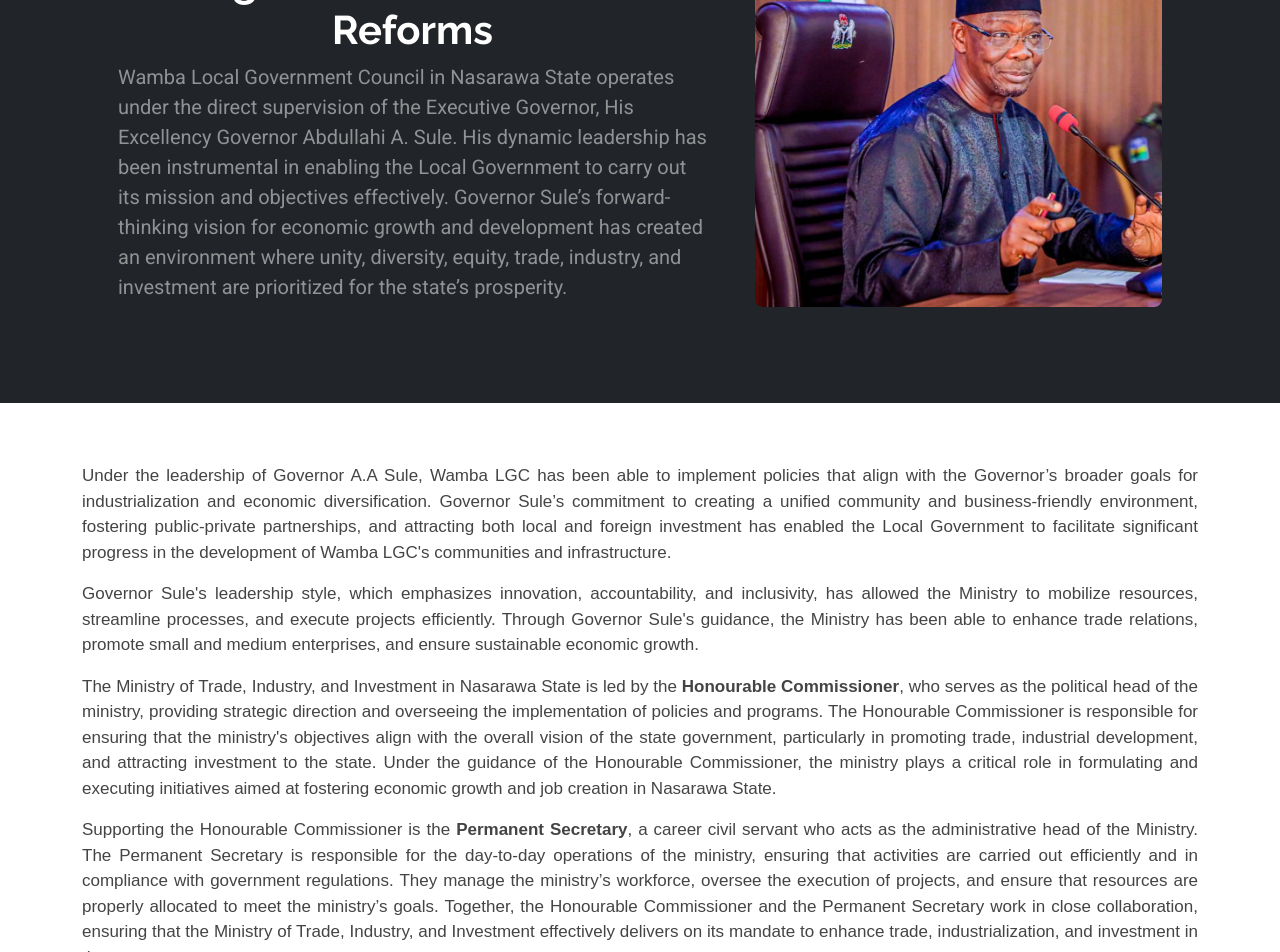
Repository: GlorifiedIntel/wamba-lgc
Page: leadership.html
These files come from the project's save history. The page is drawn as it stood at one moment and after the next save; the edit follows.
The browser window is 1280 px wide. The pictures show the part of the page from y = 295 to 1247 px (the page is 2260 px tall).
A picture or video elsewhere on the page could not be fetched, so the positions and the page height are approximate.

Above is the page before, as saved 2025-02-06 04:15:09.
Console error: TypeError: Cannot read properties of null (reading 'click')

### leadership.html
<!DOCTYPE html>
<html lang="en">

<head>
  <meta charset="utf-8">
  <meta http-equiv="X-UA-Compatible" content="IE=edge">
  <meta name="viewport" content="width=device-width, initial-scale=1.0">
  <meta name="format-detection" content="telephone=no">
  <meta name="apple-mobile-web-app-capable" content="yes">
  <meta name="author" content="Kevin Cross Minchakpu">
  <meta name="keywords" content="Wamba, Nasarawa, Industry, Trade, Investment, Entrepreneur">
  <meta name="description" content="Wamba Local Government Council is one of the administrative divisions within Nasarawa State, Nigeria. It is located in the northern part of the state and is predominantly inhabited by diverse ethnic groups, including Rindre, and other indigenous communities.Wamba Local Government Council is one of the administrative divisions within Nasarawa State, Nigeria. It is located in the northern part of the state and is predominantly inhabited by diverse ethnic groups, including Rindre, and other indigenous communities.">
  <title>Wamba Local Government Council</title>
  <!-- Favicons -->
  <link href="assets/img/favicon.png" rel="icon">
  <link href="assets/img/apple-touch-icon.png" rel="apple-touch-icon">

  <!-- Fonts -->
  <link href="https://fonts.googleapis.com" rel="preconnect">
  <link href="https://fonts.gstatic.com" rel="preconnect" crossorigin>
  <link href="https://fonts.googleapis.com/css2?family=Roboto:ital,wght@0,100;0,300;0,400;0,500;0,700;0,900;1,100;1,300;1,400;1,500;1,700;1,900&family=Poppins:ital,wght@0,100;0,200;0,300;0,400;0,500;0,600;0,700;0,800;0,900;1,100;1,200;1,300;1,400;1,500;1,600;1,700;1,800;1,900&family=Raleway:ital,wght@0,100;0,200;0,300;0,400;0,500;0,600;0,700;0,800;0,900;1,100;1,200;1,300;1,400;1,500;1,600;1,700;1,800;1,900&display=swap" rel="stylesheet">

  <!-- Vendor CSS Files -->
  <link href="assets/vendor/bootstrap/css/bootstrap.min.css" rel="stylesheet">
  <link href="assets/vendor/bootstrap-icons/bootstrap-icons.css" rel="stylesheet">
  <link href="assets/vendor/aos/aos.css" rel="stylesheet">
  <link href="assets/vendor/glightbox/css/glightbox.min.css" rel="stylesheet">
  <link href="assets/vendor/swiper/swiper-bundle.min.css" rel="stylesheet">

  <!-- Main CSS File -->
  <link href="assets/css/main.css" rel="stylesheet">
</head>

<body class="index-page">
  <header id="header" class="header d-flex align-items-center fixed-top bg-success">
    <div class="container-fluid container-xl position-relative d-flex align-items-center justify-content-between">
      <a href="index.html" class="logo d-flex align-items-center">
        <img src="assets/img/wamba-logo.png" alt="Logo" >
      </a>
      <nav id="navmenu" class="navmenu">
        <ul>
          <li><a href="index.html" class="active">Home</a></li>
          <li class="dropdown"><a href="about-mtii.html"><span>About</span> <i class="bi bi-chevron-down toggle-dropdown"></i></a>
            <ul>
              <li><a href="about-wamba.html">Wamba LGC</a></li>
                  <li><a href="wamba-history.html">Wamba History</a></li>
                  <li><a href="the-chairman.html" >The Executive Chairman</a></li>
                  <li><a href="the-deputy.html" >The Deputy Chairman</a></li>
                  <li><a href="the-secretary.html" >The Secretary</a></li>
                  <li><a href="directors.html" >Our Legislators</a></li>
                  <li><a href="contact-us.html" >Our Contact</a></li>
            </ul>
          </li>

          <li class="dropdown"><a href="#"><span>Business Enabling Reforms</span> <i class="bi bi-chevron-down toggle-dropdown"></i></a>
            <ul>
              <li><a href="business-plans.html">Business Enabling Action Plan</a></li>
                  <li><a href="grievance.html">Grievance Redress Mechanism</a></li>
                  <li><a href="application-guidelines.html" >Application Guidelines</a></li>
                  <li><a href="legal-framework.html" >Legal Framework</a></li>
                  <li><a href="investment-opportunities.html" >Investment Opportunities</a></li>
              </ul>
          </li>

          <li class="dropdown"><a href="departments.html"><span>Departments</span> <i class="bi bi-chevron-down toggle-dropdown"></i></a>
            <ul>
              <li><a href="admin.html">Administration</a></li>
              <li><a href="agriculture.html">Agriculture and Natural Resources</a></li>
              <li><a href="education.html">Education</a></li>
              <li><a href="environment.html">Environmental Services</a></li>
              <li><a href="finance.html">Finance and Accounts</a></li>
              <li><a href="health.html">Health</a></li>
              <li><a href="all-departments.html">More Departments</a></li>
             </ul>
          </li>

          <li class="dropdown"><a href="projects.html"><span>Projects</span> <i class="bi bi-chevron-down toggle-dropdown"></i></a>
            <ul>
              <li><a href="completed.html">Completed Projects</a></li>
                  <li><a href="ongoing.html">Ongoing Projects</a></li>
                  <li><a href="proposed.html" >Proposed Projects</a></li>
            </ul>
          </li>

          <li class="dropdown"><a href="registration.html"><span>Education</span> <i class="bi bi-chevron-down toggle-dropdown"></i></a>
            <ul>
              <li><a href="ubec.html">UBEC</a></li>
                  <li><a href="secondary-schools.html">Secondary Schools</a></li>
                  <li><a href="private-schools.html" >Private Schools</a></li>
                  <li><a href="relevant-tech.html" >Relevant Technology</a></li>
                  <li><a href="faqs.html" >FAQs</a></li>
            </ul>
          </li>
        </ul>
        <i class="mobile-nav-toggle d-xl-none bi bi-list"></i>
      </nav>
    </div>
  </header>

  <main class="main">
    <header class="bg-dark py-5 emie">
      <div class="container px-5">
          <div class="row gx-5 align-items-center justify-content-center">
              <div class="col-lg-8 col-xl-7 col-xxl-6">
                  <div class="my-5 text-center text-xl-start">
                      <h1 class="display-6 fw-bolder text-white mb-2 text-center">Wamba LGC & <br> Engr. Abdullahi A. Sule's <br> Reforms</h1>
                      <p class="lead fw-normal text-white-50 mb-4">Wamba Local Government Council in Nasarawa State operates under the direct supervision of the Executive Governor, His Excellency Governor Abdullahi A. Sule. His dynamic leadership has been instrumental in enabling the Local Government to carry out its mission and objectives effectively. Governor Sule’s forward-thinking vision for economic growth and development has created an environment where unity, diversity, equity, trade, industry, and investment are prioritized for the state’s prosperity.</p>
                  </div>
              </div>
              <div class="col-xl-5 col-xxl-6 d-none d-xl-block text-center"><img class="img-fluid rounded-3 my-5" src="./assets/img/aa-sule.jpg" alt="..." /></div>
          </div>
      </div>
  </header>

  <section id="starter-section" class="starter-section section">
    <!-- Section Title -->
    <div class="container section-title" data-aos="fade-up">
      <p class="elhanan">Under the leadership of Governor A.A Sule, Wamba LGC has been able to implement
        policies that align with the Governor’s broader goals for industrialization and economic
        diversification. Governor Sule’s commitment to creating a unified community and  business-friendly environment,
        fostering public-private partnerships, and attracting both local and foreign investment has
        enabled the Local Government to facilitate significant progress in the development of Wamba LGC's
        communities and infrastructure.</p>
      <p class="elhanan">Governor Sule's leadership style, which emphasizes innovation, accountability,
        and inclusivity, has allowed the Ministry to mobilize resources, streamline processes, and
        execute projects efficiently. Through Governor Sule's guidance, the Ministry has been able to
        enhance trade relations, promote small and medium enterprises, and ensure sustainable economic
        growth.</p>
      <p class="elhanan">The Ministry of Trade, Industry, and Investment in Nasarawa State is led by the <strong>Honourable Commissioner</strong>, who serves as the political head of the ministry, providing strategic direction and overseeing the implementation of policies and programs. The Honourable Commissioner is responsible for ensuring that the ministry's objectives align with the overall vision of the state government, particularly in promoting trade, industrial development, and attracting investment to the state. Under the guidance of the Honourable Commissioner, the ministry plays a critical role in formulating and executing initiatives aimed at fostering economic growth and job creation in Nasarawa State.</p>
    <p class="elhanan">Supporting the Honourable Commissioner is the <strong>Permanent Secretary</strong>, a career civil servant who acts as the administrative head of the Ministry. The Permanent Secretary is responsible for the day-to-day operations of the ministry, ensuring that activities are carried out efficiently and in compliance with government regulations. They manage the ministry’s workforce, oversee the execution of projects, and ensure that resources are properly allocated to meet the ministry’s goals. Together, the Honourable Commissioner and the Permanent Secretary work in close collaboration, ensuring that the Ministry of Trade, Industry, and Investment effectively delivers on its mandate to enhance trade, industrialization, and investment in the state.</p>
    </section><!-- /Section End -->
         <div class="container">
        <div class="row justify-content-center text-center mb-2 mb-lg-4">
        <div class="row">
          <div class="col-md-4 mb-lg-0 mb-4">
            <div class="card text-white border-0 justify-content-end position-relative">
              <img class="img-fluid" src="https://freefrontend.dev/assets/square.png" alt="Hon. Barr. Abubakar Mohammed Imam Zanwa">
              <div class="position-absolute bottom-0 w-100 p-2 p-lg-4 bg-dark">
                <h5 class="fw-bold text-warning">Hon. Ezekiel Musa Jagga</h5>
                <div>
                 Executive Chairman, Wamba LGC
                </div>
              </div>
            </div>
          </div>
          <div class="col-md-4 mb-lg-0 mb-4">
            <div class="card text-white border-0 justify-content-end position-relative">
              <img class="img-fluid" src="https://freefrontend.dev/assets/square.png" alt="Deputy Chairman, Wamba LGC">
              <div class="position-absolute bottom-0 w-100 p-2 p-lg-4 bg-dark">
                <h5 class="fw-bold text-warning">John Doe</h5>
                <div>
                  Deputy Chairman, Wamba LGC
                </div>
              </div>
            </div>
          </div>
          <div class="col-md-4">
            <div class="card text-white border-0 justify-content-end position-relative">
              <img class="img-fluid" src="https://freefrontend.dev/assets/square.png" alt="Secretary, Wamba LGC">
              <div class="position-absolute bottom-0 w-100 p-2 p-lg-4 bg-dark">
                <h5 class="fw-bold text-warning">John Doe</h5>
                <div>
                  Secretary, Wamba LGC
                </div>
              </div>
            </div>
          </div>
        </div>
      </div>

      <a class="btn btn-dark btn-lg mb-5 mt-5 mtii-hover" href="directors.html" role="button">See the Directors</a>
    </main>
  <!--Main End-->

<!--Footer Start-->
<footer id="footer" class="footer dark-background">

  <div class="container footer-top">
    <div class="row gy-4">
      <div class="col-lg-4 col-md-6 footer-about">
        <a href="index.html" class="logo d-flex align-items-center">
          <span class="sitename">Wamba LGC</span>
        </a>
        <div class="footer-contact pt-3">
         <p>Jos Road,</p>
          <p>Wamba, Nasarawa State </p>
          <p class="mt-3"><strong>Phone:</strong> <span>+234 5589 55488 55</span></p>
          <p><strong>Email:</strong> <span>info@wamba.gov.ng</span></p>
        </div>
        <div class="social-links d-flex mt-4">
          <a href="" title="Twitter"><i class="bi bi-twitter-x"></i></a>
          <a href="" title="Facebook"><i class="bi bi-facebook"></i></a>
          <a href="" title="Instagram"><i class="bi bi-instagram"></i></a>
          <a href="" title="LinkedIn"><i class="bi bi-linkedin"></i></a>
        </div>
      </div>

      <div class="col-lg-2 col-md-3 footer-links">
        <h4>Useful Links</h4>
        <ul>
          <li><a href="index.html">Home</a></li>
          <li><a href="about-mtii.html">About us</a></li>
          <li><a href="services.html">Services</a></li>
          <li><a href="terms-of-use.html">Terms of service</a></li>
          <li><a href="privacy-policy.html">Privacy policy</a></li>
        </ul>
      </div>

      <div class="col-lg-2 col-md-3 footer-links">
        <h4>Our Services</h4>
        <ul>
          <li><a href="business-premises.html">Business Premises Registration</a></li>
          <li><a href="ngo-cbo-registration.html">NGOs/CBOs Registration</a></li>
          <li><a href="fbo-registration.html">FBOS Registration</a></li>
          <li><a href="cooperative-registration.html">Co-operative Society Registration</a></li>
          <li><a href="rent.html">Rent/Leasing/Haulage</a></li>
        </ul>
      </div>

      <div class="col-lg-4 col-md-12 footer-newsletter">
        <h4>Our Newsletter</h4>
        <p>Subscribe to our newsletter and receive the latest news about our services!</p>
        <form action="forms/newsletter.php" method="post" class="php-email-form">
          <div class="newsletter-form"><input type="email" name="email"><input type="submit" value="Subscribe"></div>
          <div class="loading">Loading</div>
          <div class="error-message"></div>
          <div class="sent-message">Your subscription request has been sent. Thank you!</div>
        </form>
      </div>

    </div>
  </div>

  <div class="container-fluid copyright text-center mt-4 bg-dark">
    <p>© <span>Copyright</span> <strong class="px-1 sitename">Wamba LGC</strong> <span>All Rights Reserved</span></p>
    <div class="credits">
      Designed & Developed by <a href="https://kevinomics.com/">Kevin Cross Minchakpu</a> Powered By <a href="https://octatesystems.com">Octate Systems</a>
    </div>
  </div>

</footer>

<!-- Scroll Top -->

<button id="scroll-top" class="scroll-top d-flex bg-dark align-items-center justify-content-center" title="Scroll to top"><i class="bi bi-arrow-up-short"></i></button>
<!-- Preloader -->
<div id="preloader"></div>

<!-- Vendor JS Files -->
<script src="assets/vendor/bootstrap/js/bootstrap.bundle.min.js"></script>
<script src="assets/vendor/php-email-form/validate.js"></script>
<script src="assets/vendor/aos/aos.js"></script>
<script src="assets/vendor/glightbox/js/glightbox.min.js"></script>
<script src="assets/vendor/purecounter/purecounter_vanilla.js"></script>
<script src="assets/vendor/swiper/swiper-bundle.min.js"></script>

<!-- Main JS File -->
<script src="assets/js/main.js"></script>
<script src="assets/js/reforms.js"></script>

</body>
</html>

Loaded but not shown: assets/vendor/bootstrap/css/bootstrap.min.css (library); assets/vendor/bootstrap-icons/bootstrap-icons.css (library); assets/vendor/aos/aos.css (library); assets/vendor/glightbox/css/glightbox.min.css (library); assets/vendor/swiper/swiper-bundle.min.css (library); assets/vendor/bootstrap/js/bootstrap.bundle.min.js (library); assets/vendor/php-email-form/validate.js (common file); assets/vendor/aos/aos.js (library); assets/vendor/glightbox/js/glightbox.min.js (library); assets/vendor/purecounter/purecounter_vanilla.js (library); assets/vendor/swiper/swiper-bundle.min.js (library); assets/js/main.js (181 lines, source omitted); assets/js/reforms.js (43 lines, source omitted); assets/css/main.css (1960 lines, source omitted)

After the next save:
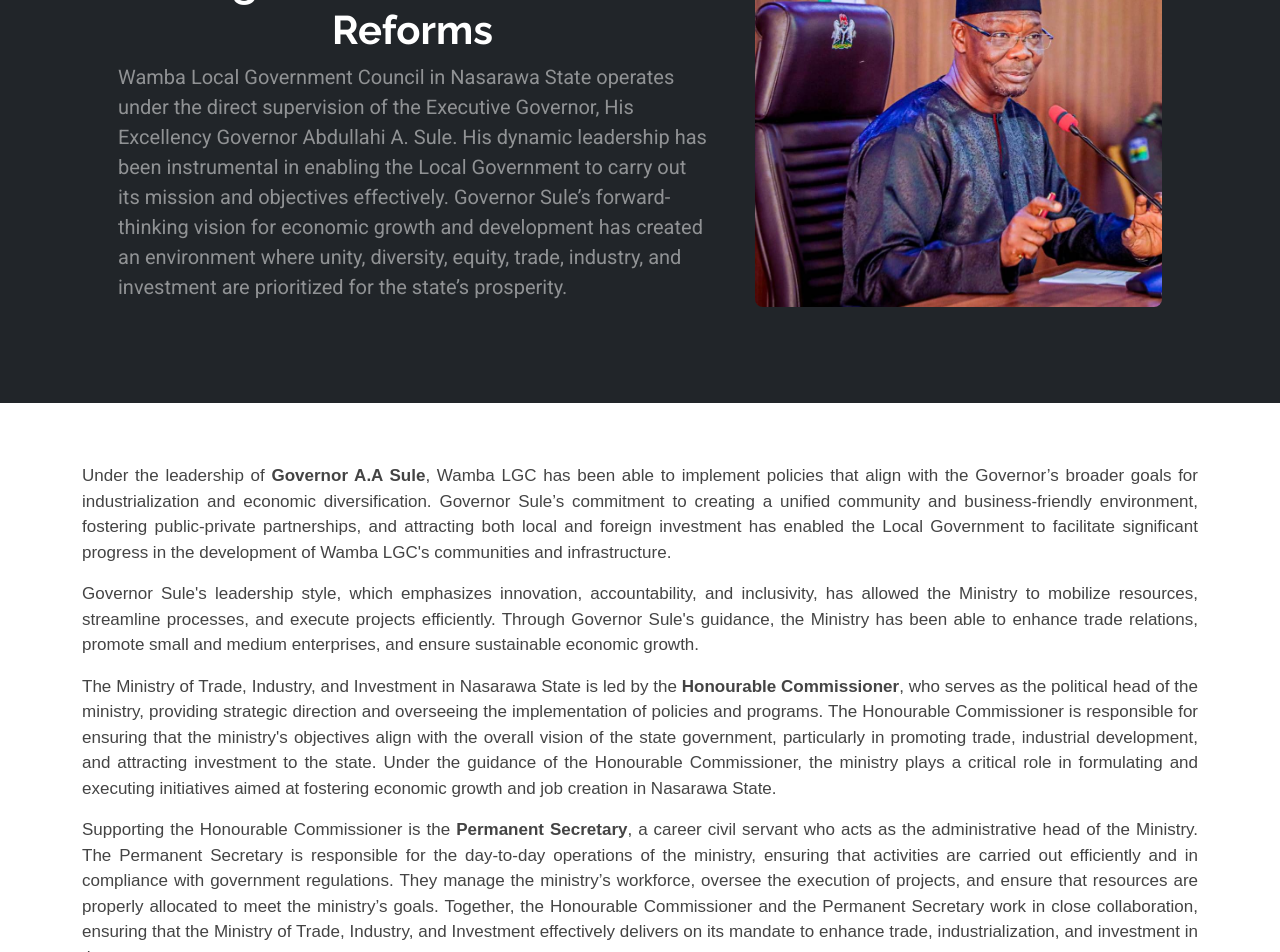
Saved 52 s later.
--- a/leadership.html
+++ b/leadership.html
@@ -115,7 +115,7 @@
   <section id="starter-section" class="starter-section section">
     <!-- Section Title -->
     <div class="container section-title" data-aos="fade-up">
-      <p class="elhanan">Under the leadership of Governor A.A Sule, Wamba LGC has been able to implement
+      <p class="elhanan">Under the leadership of <strong>Governor A.A Sule</strong>, Wamba LGC has been able to implement
         policies that align with the Governor’s broader goals for industrialization and economic
         diversification. Governor Sule’s commitment to creating a unified community and  business-friendly environment,
         fostering public-private partnerships, and attracting both local and foreign investment has
